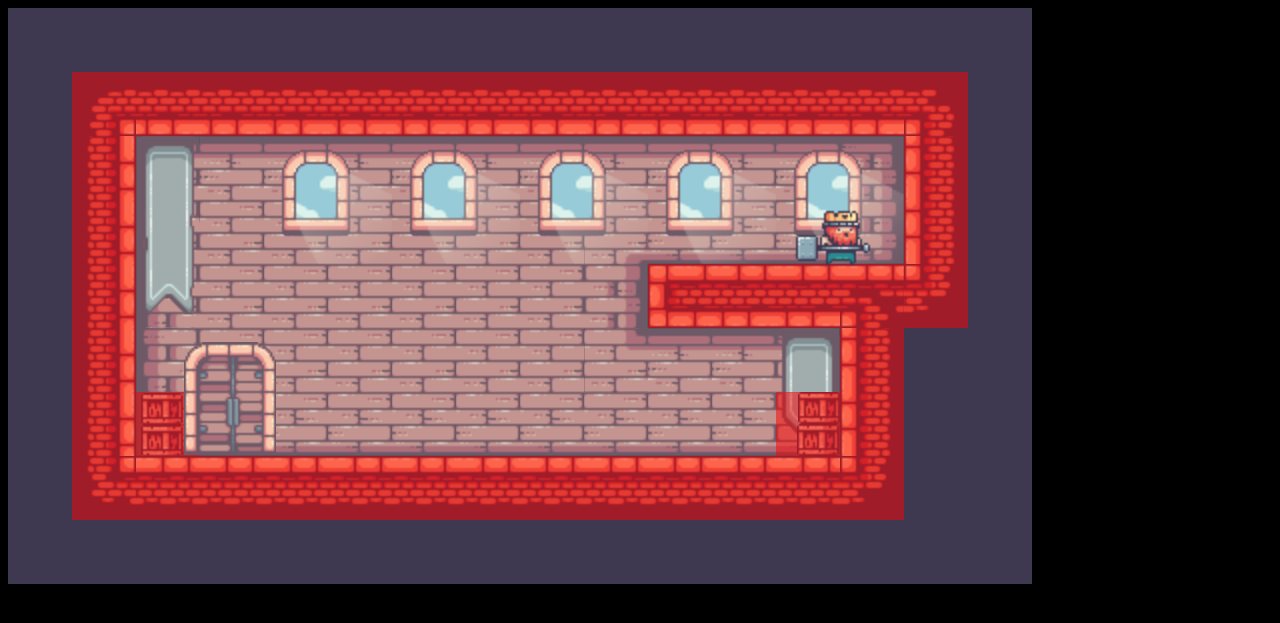
Repository: kassemKu/vanilla_kings_and_pigs
Page: index.html
These files come from the project's save history. The page is drawn as it stood at one moment and after the next save; the edit follows.
The browser window is 1280 px wide. The pictures show the whole page.

Above is the page before, as saved 2022-11-12 22:24:45.

After the next save:
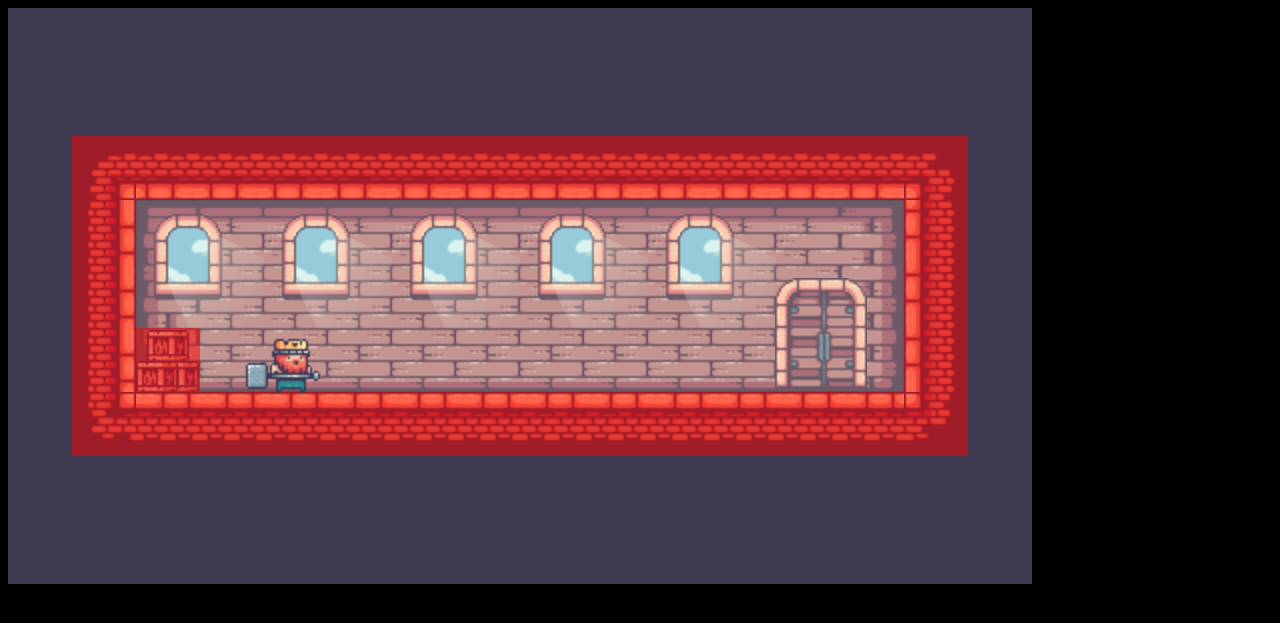
Saved 14 s later.
--- a/main.js
+++ b/main.js
@@ -58,7 +58,7 @@ const player = new Player({
   },
 });
 
-let level = 3
+let level = 1
 let levels = {
   1: {
     init: () => {
